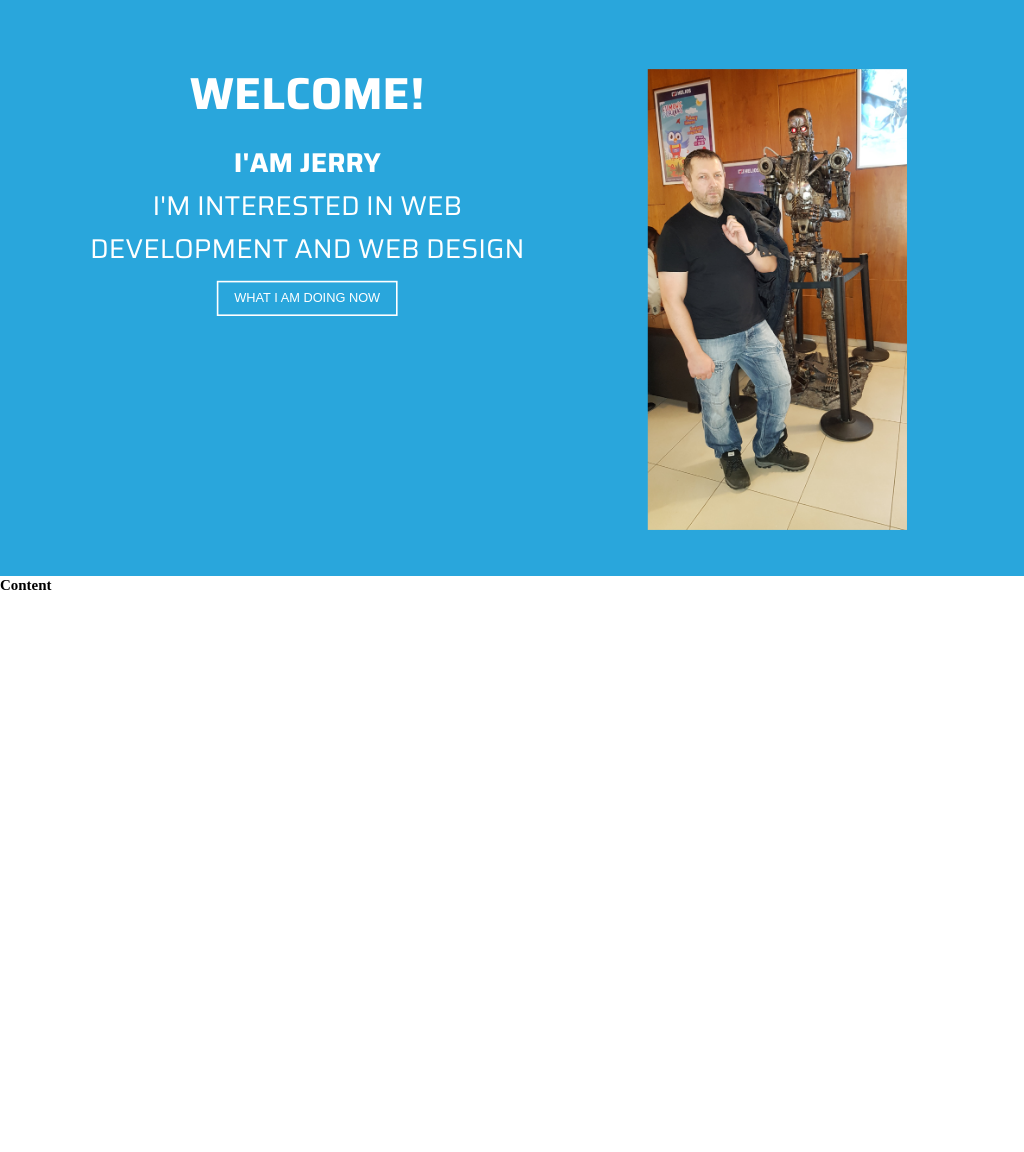
Repository: navanweb/dev
Page: jerry.html
These files come from the project's save history. The page is drawn as it stood at one moment and after the next save; the edit follows.
The browser window is 1280 px wide. The pictures show the whole page, at 80% of full size.

Above is the page before, as saved 2019-04-06 22:04:11.

After the next save:
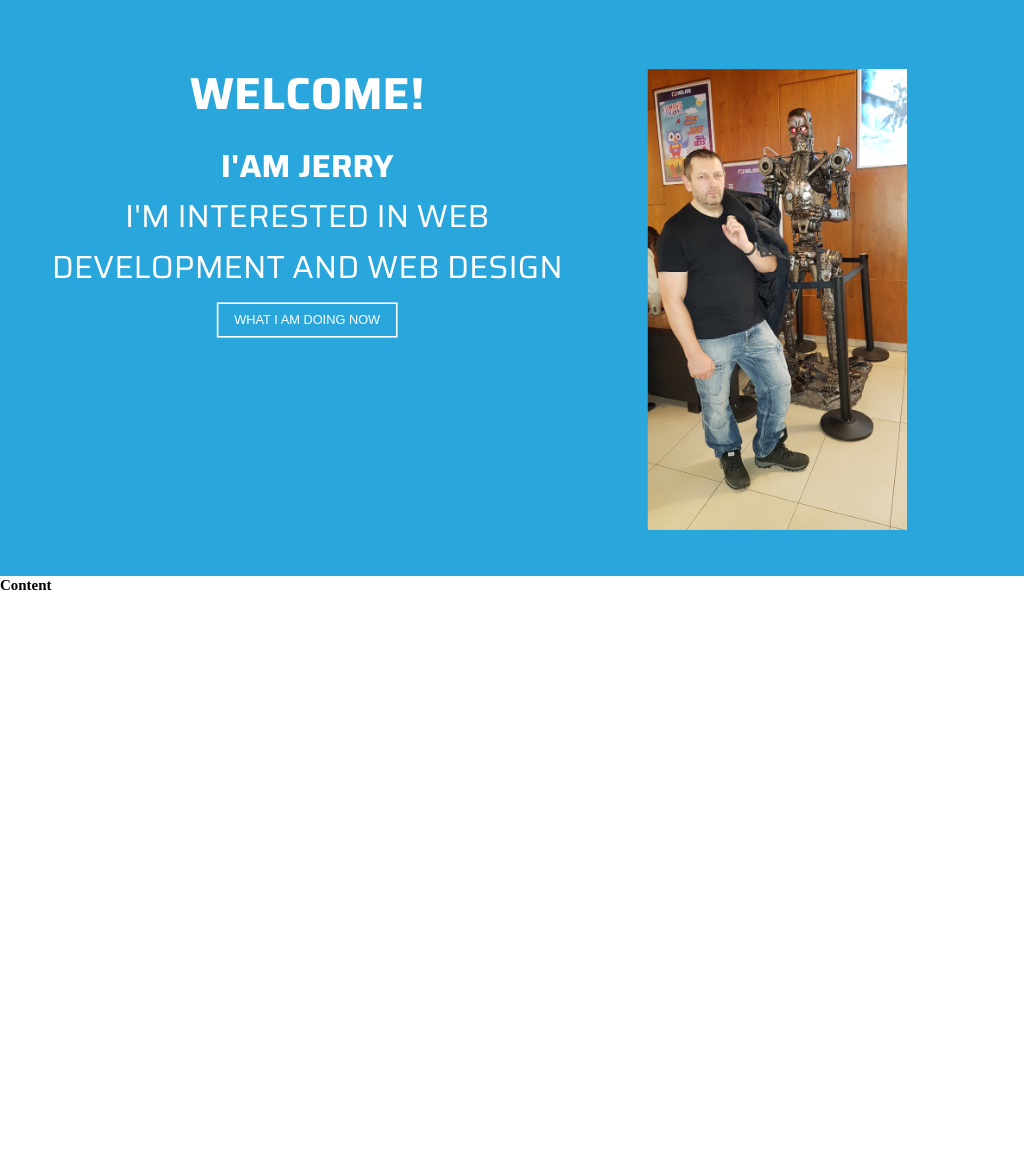
Saved 19 s later.
--- a/css/jerry.css
+++ b/css/jerry.css
@@ -127,11 +127,11 @@ header button {
     }
 
     header h1 {
-        font-size: 34px;
+        font-size: 40px;
     }
 
     header h2 {
-        font-size: 34px;
+        font-size: 40px;
     }
 
     header button {
